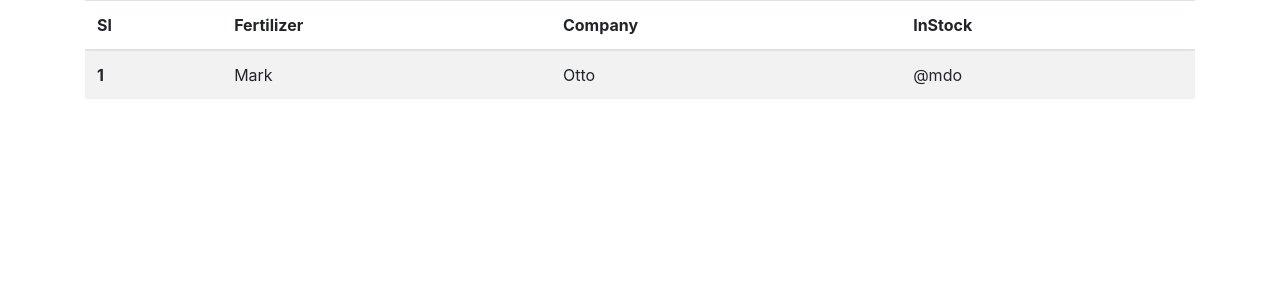
Repository: Krishna-9964/RamanaFertilizers
Page: http://localhost/RamanaFertilizers/stock.jsp
An editor plug-in stored every save of this project. The page is shown before and after a run of saves, followed by the edit.
The browser window is 1280 px wide. The pictures show the whole page.
The page is served by Tomcat 9. Queries for data that is not in the repository find no rows.

Above is the page before, as saved 2022-10-25 19:05:46.

After the next 3 saves:
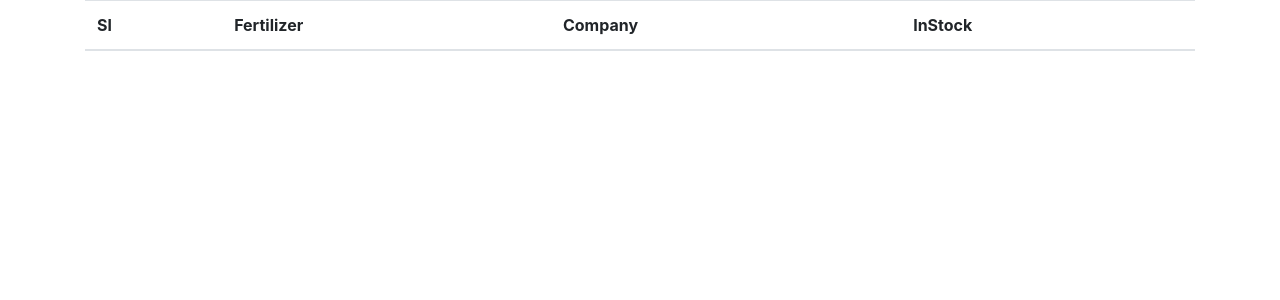
The 3 saves are shown as one change because 2 did not build or start.
The last was saved 104 s later.
--- a/RamanaFertilizers/src/main/webapp/stock.jsp
+++ b/RamanaFertilizers/src/main/webapp/stock.jsp
@@ -24,13 +24,16 @@
         </thead>
         <tbody>
         <%
-        ResultSet rs = DBConnect.dbconnect.getFertilizers();%>
+        ResultSet rs = DBConnect.dbconnect.getFertilizers();
+        while(rs.next())
+        {%>
           <tr>
             <th scope="row">1</th>
-            <td>Mark</td>
-            <td>Otto</td>
-            <td>@mdo</td>
+            <td><%=rs.getString("name") %></td>
+            <td><%=rs.getString("company") %></td>
+            <td><%=rs.getInt("qty") %></td>
           </tr>
+      <%} %>
         </tbody>
       </table>
    </div>
